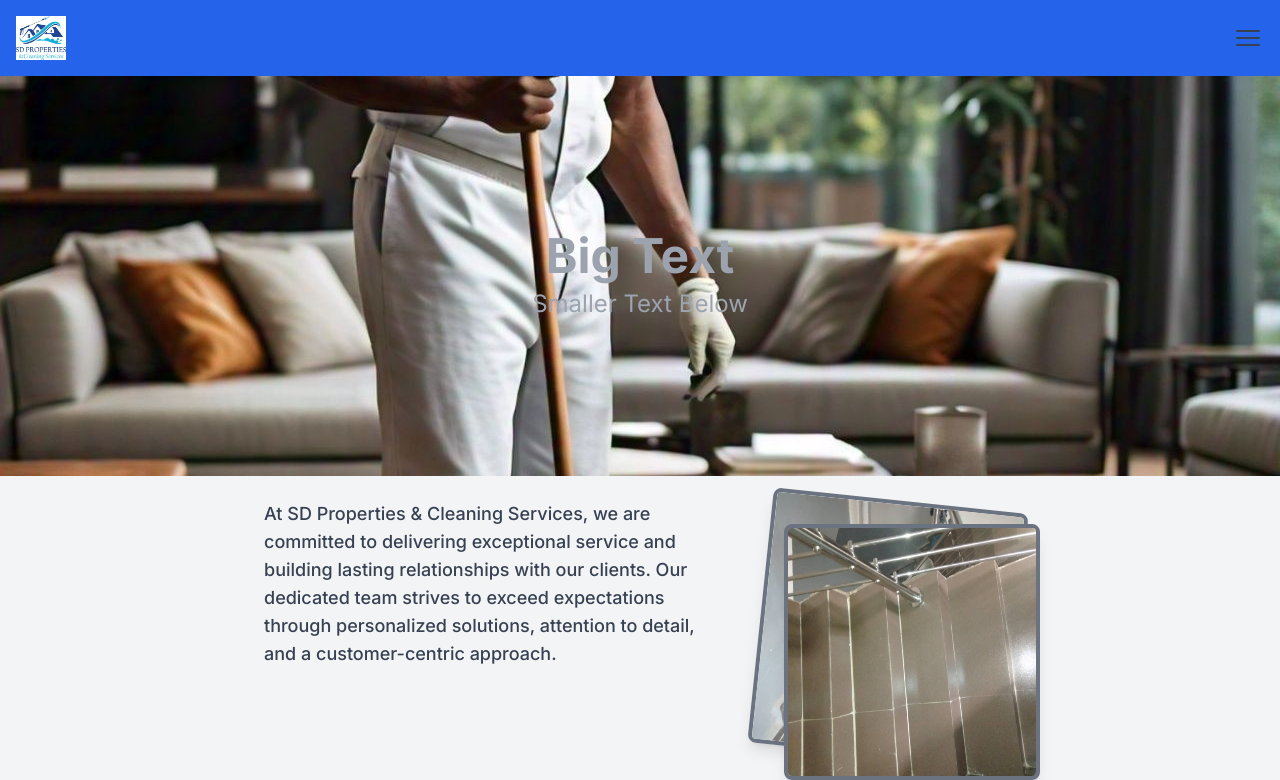
Repository: devmskhan/sdpropandclean
Page: /
The author's editor kept a copy of each file at every save. The page is drawn from the files as they stood at one save, then again after a run of saves.
The browser window is 1280 px wide. The pictures show the whole page.
The project was rebuilt for these pictures with package versions that can differ from the ones it lists, and the page was loaded fresh each time. The framework's server and built-in components were replaced by stand-ins that run in the browser. Also part of the build but not shown: next.config.mjs.

Above is the page before, as saved 2024-09-03 12:14:05.

### app/layout.tsx
import type { Metadata } from "next";
import { Inter } from "next/font/google";
import "./globals.css";

const inter = Inter({ subsets: ["latin"] });

export const metadata: Metadata = {
  title: "SD Properties & Cleaning",
  description: "Provision of Houses and Cleanliness of Homes is our apex goal",
};

export default function RootLayout({
  children,
}: Readonly<{
  children: React.ReactNode;
}>) {
  return (
    <html lang="en">
      <body className={inter.className}>{children}</body>
    </html>
  );
}

### app/page.tsx
import Header from '../components/Header';
import Body from '../components/Body';

export default function Home() {
  return (
    <main className="min-h-screen bg-gray-200">
      <Header />
      <Body />
    </main>
  );
}

### components/Header.tsx
import Image from "next/image";
import { Bars3Icon } from '@heroicons/react/24/solid'


function Header() {
    return (
        <header className="sticky top-0 flex justify-between items-center p-4 bg-blue-600 shadow-md">
      {/* Logo on the top left */}
      <div className="flex items-center">
        <Image
          src="/sdlogo.jpg"
          alt="Logo"
          width={50}
          height={50}
          className="cursor-pointer"
        />
      </div>

      {/* Triple line (hamburger) icon on the top right */}
      <div className="cursor-pointer">
        <Bars3Icon className="h-8 w-8 text-gray-700" />
      </div>
    </header>
    )
}

export default Header;

### components/Body.tsx



function Body() {
    return (
        <div>
            <div className="relative w-full h-[400px] bg-cover bg-center text-gray-400"
         style={{ backgroundImage: 'url("/pic1.jpg")' }}>
      <div className="absolute inset-0 flex flex-col justify-center items-center text-center">
        {/* Larger Text */}
        <h1 className="text-5xl font-bold mb-2">
          Big Text
        </h1>
        {/* Smaller Text */}
        <p className="text-2xl">
          Smaller Text Below
        </p>
      </div>
    </div>

    <div>

    </div>

      <div className="flex  justify-center p-6 bg-gray-100">
  <div className="max-w-md text-left mr-12"> {/* Increased margin-right for larger space */}
    <p className="text-lg font-medium text-gray-700">
      At SD Properties & Cleaning Services, we are committed to delivering exceptional service and building lasting relationships with our clients. Our dedicated team strives to exceed expectations through personalized solutions, attention to detail, and a customer-centric approach.
    </p>
  </div>
  <div className="relative">
    <img
      src="stairsb.jpg"
      alt="Top Image"
      className="w-64 h-64 rounded-lg shadow-lg border-gray-500 border-solid border-4 transform rotate-6"
      style={{ zIndex: 10 }} // Adds a bit of depth to the rotation
    />
    <img
      src="stairsaft.jpg"
      alt="Bottom Image"
      className="absolute bottom-0 left-0 w-64 h-64 rounded-lg shadow-lg border-gray-500 border-solid border-4 transform translate-x-6 translate-y-6"
    />
  </div>
</div>


        </div>


    )
}

export default Body;

Loaded but not shown: app/globals.css (common file); tailwind.config.ts (common file)

After the next 2 saves:
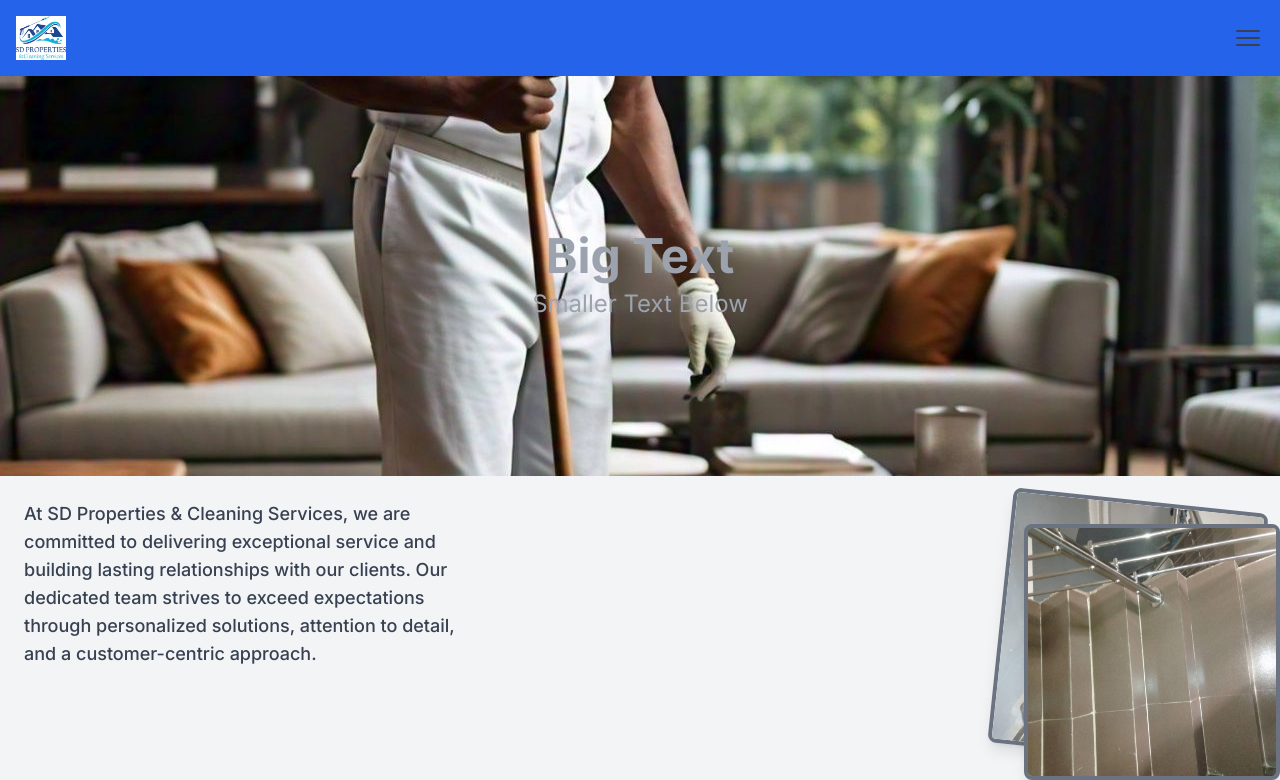
The 2 saves are shown as one change because they came seconds apart.
The last was saved 19 s later.
--- a/components/Body.tsx
+++ b/components/Body.tsx
@@ -22,7 +22,7 @@ function Body() {
 
     </div>
 
-      <div className="flex  justify-center p-6 bg-gray-100">
+      <div className="flex justify-between p-6 bg-gray-100">
   <div className="max-w-md text-left mr-12"> {/* Increased margin-right for larger space */}
     <p className="text-lg font-medium text-gray-700">
       At SD Properties & Cleaning Services, we are committed to delivering exceptional service and building lasting relationships with our clients. Our dedicated team strives to exceed expectations through personalized solutions, attention to detail, and a customer-centric approach.
